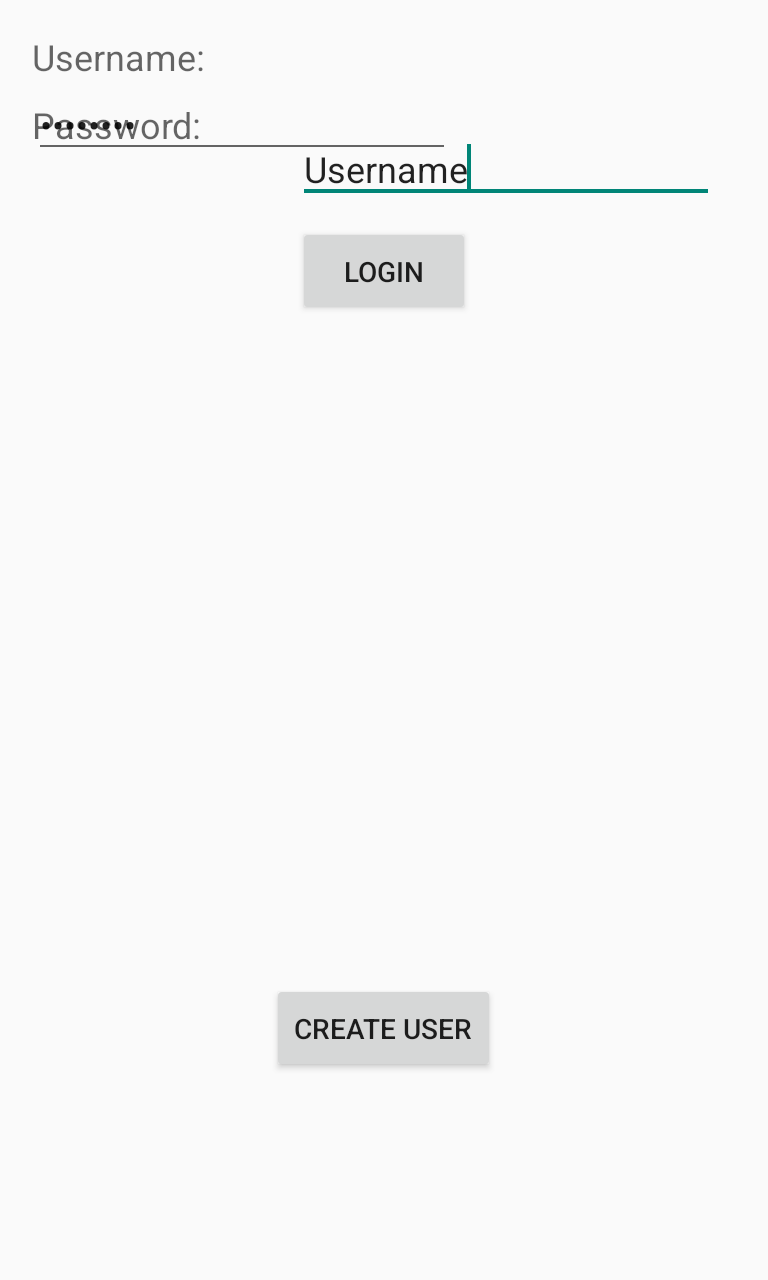
Repository: Sagarsaurus/Ecco
Layout: Ecco/res/layout/activity_main.xml
These files come from the project's save history. The layout is drawn as it stood at one moment and after the next save; the edit follows.
It is drawn on a 768 x 1280 px phone screen (xhdpi) without system bars, with theme AppTheme; the app's code is not run.

Above is the layout before, as saved 2014-11-17 02:54:17.

### Ecco/res/layout/activity_main.xml
<RelativeLayout xmlns:android="http://schemas.android.com/apk/res/android"
    xmlns:tools="http://schemas.android.com/tools"
    android:layout_width="match_parent"
    android:layout_height="match_parent"
    android:paddingBottom="@dimen/activity_vertical_margin"
    android:paddingLeft="@dimen/activity_horizontal_margin"
    android:paddingRight="@dimen/activity_horizontal_margin"
    android:paddingTop="@dimen/activity_vertical_margin"
    tools:context="com.application.ecco.MainActivity" >

    <EditText
        android:id="@+id/editText1"
        android:layout_width="wrap_content"
        android:layout_height="wrap_content"
        android:layout_alignLeft="@+id/button1"
        android:layout_alignParentTop="true"
        android:layout_marginTop="46dp"
        android:ems="10"
        android:hint="@string/Username"
        android:text="@string/Username" >

        <requestFocus />
    </EditText>

    <EditText
        android:id="@+id/editText2"
        android:layout_width="wrap_content"
        android:layout_height="wrap_content"
        android:layout_alignLeft="@+id/sendFriendRequest"
        android:layout_below="@+id/sendFriendRequest"
        android:layout_marginTop="24dp"
        android:ems="10"
        android:hint="@string/Password"
        android:inputType="textPassword"
        android:text="@string/Password" />

    <Button
        android:id="@+id/button1"
        android:onClick="login"
        android:layout_width="wrap_content"
        android:layout_height="wrap_content"
        android:layout_below="@+id/editText2"
        android:layout_centerHorizontal="true"
        android:layout_marginTop="30dp"
        android:text="@string/Login" />

    <Button
        android:id="@+id/button2"
        android:onClick="createUser"
        android:layout_width="wrap_content"
        android:layout_height="wrap_content"
        android:layout_alignParentBottom="true"
        android:layout_centerHorizontal="true"
        android:layout_marginBottom="86dp"
        android:text="@string/createUser" />

    <TextView
        android:id="@+id/textView1"
        android:layout_width="wrap_content"
        android:layout_height="wrap_content"
        android:layout_alignBaseline="@+id/sendFriendRequest"
        android:layout_alignBottom="@+id/sendFriendRequest"
        android:layout_alignParentLeft="true"
        android:text="Username:"
        android:textAppearance="?android:attr/textAppearanceMedium" />

    <TextView
        android:id="@+id/TextView01"
        android:layout_width="wrap_content"
        android:layout_height="wrap_content"
        android:layout_alignBaseline="@+id/editText2"
        android:layout_alignBottom="@+id/editText2"
        android:layout_alignLeft="@+id/textView1"
        android:text="Password:"
        android:textAppearance="?android:attr/textAppearanceMedium" />

</RelativeLayout>

### Ecco/res/values/strings.xml
<?xml version="1.0" encoding="utf-8"?>
<resources>

    <string name="app_name">Ecco</string>
    <string name="hello_world">Hello world!</string>
    <string name="action_settings">Settings</string>
    <string name="Username">Username</string>
    <string name="Password">Password</string>
    <string name="Login">Login</string>
    <string name="createUser">Create User</string>
    <string name="title_activity_home">HomeActivity</string>
    <string name="title_section1">Section 1</string>
    <string name="title_section2">Section 2</string>
    <string name="title_section3">Section 3</string>
    <string name="navigation_drawer_open">Open navigation drawer</string>
    <string name="navigation_drawer_close">Close navigation drawer</string>
    <string name="action_example">Example action</string>
    <string name="title_activity_create_user">CreateUserActivity</string>
    <string name="Email">Email</string>
    <string name="Phone">Phone</string>
    <string name="emailhint">user@email.com</string>
    <string name="phonehint">123-456-7890</string>

</resources>

Loaded but not shown: Ecco/res/values/styles.xml (common file); Ecco/res/values-v11/styles.xml (common file); Ecco/res/values-v14/styles.xml (common file); Ecco/res/values/dimens.xml (common file); Ecco/res/values-w820dp/dimens.xml (common file)

After the next save:
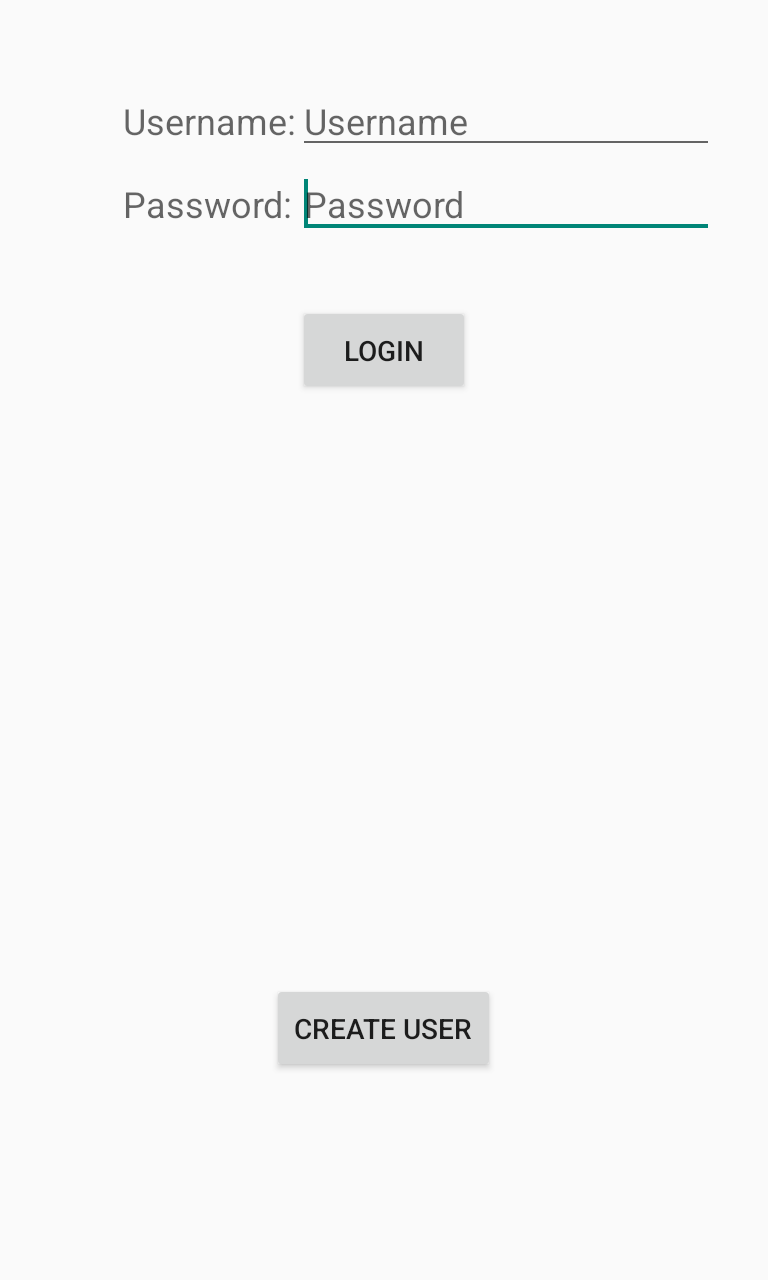
Saved 3 min 6 s later.
--- a/Ecco/res/layout/activity_main.xml
+++ b/Ecco/res/layout/activity_main.xml
@@ -7,32 +7,6 @@
     android:paddingRight="@dimen/activity_horizontal_margin"
     android:paddingTop="@dimen/activity_vertical_margin"
     tools:context="com.application.ecco.MainActivity" >
-
-    <EditText
-        android:id="@+id/editText1"
-        android:layout_width="wrap_content"
-        android:layout_height="wrap_content"
-        android:layout_alignLeft="@+id/button1"
-        android:layout_alignParentTop="true"
-        android:layout_marginTop="46dp"
-        android:ems="10"
-        android:hint="@string/Username"
-        android:text="@string/Username" >
-
-        <requestFocus />
-    </EditText>
-
-    <EditText
-        android:id="@+id/editText2"
-        android:layout_width="wrap_content"
-        android:layout_height="wrap_content"
-        android:layout_alignLeft="@+id/sendFriendRequest"
-        android:layout_below="@+id/sendFriendRequest"
-        android:layout_marginTop="24dp"
-        android:ems="10"
-        android:hint="@string/Password"
-        android:inputType="textPassword"
-        android:text="@string/Password" />
 
     <Button
         android:id="@+id/button1"
@@ -55,16 +29,6 @@
         android:text="@string/createUser" />
 
     <TextView
-        android:id="@+id/textView1"
-        android:layout_width="wrap_content"
-        android:layout_height="wrap_content"
-        android:layout_alignBaseline="@+id/sendFriendRequest"
-        android:layout_alignBottom="@+id/sendFriendRequest"
-        android:layout_alignParentLeft="true"
-        android:text="Username:"
-        android:textAppearance="?android:attr/textAppearanceMedium" />
-
-    <TextView
         android:id="@+id/TextView01"
         android:layout_width="wrap_content"
         android:layout_height="wrap_content"
@@ -74,4 +38,38 @@
         android:text="Password:"
         android:textAppearance="?android:attr/textAppearanceMedium" />
 
+    <EditText
+        android:id="@+id/editText2"
+        android:layout_width="wrap_content"
+        android:layout_height="wrap_content"
+        android:layout_alignLeft="@+id/button1"
+        android:layout_below="@+id/editText1"
+        android:ems="10"
+        android:hint="@string/Password"
+        android:inputType="textPassword" >
+
+        <requestFocus />
+    </EditText>
+
+    <TextView
+        android:id="@+id/textView1"
+        android:layout_width="wrap_content"
+        android:layout_height="wrap_content"
+        android:layout_alignParentTop="true"
+        android:layout_marginTop="32dp"
+        android:layout_toLeftOf="@+id/editText1"
+        android:text="Username:"
+        android:textAppearance="?android:attr/textAppearanceMedium" />
+
+    <EditText
+        android:id="@+id/editText1"
+        android:layout_width="wrap_content"
+        android:layout_height="wrap_content"
+        android:layout_alignBaseline="@+id/textView1"
+        android:layout_alignBottom="@+id/textView1"
+        android:layout_alignLeft="@+id/editText2"
+        android:layout_alignRight="@+id/editText2"
+        android:ems="10"
+        android:hint="@string/Username" />
+
 </RelativeLayout>
